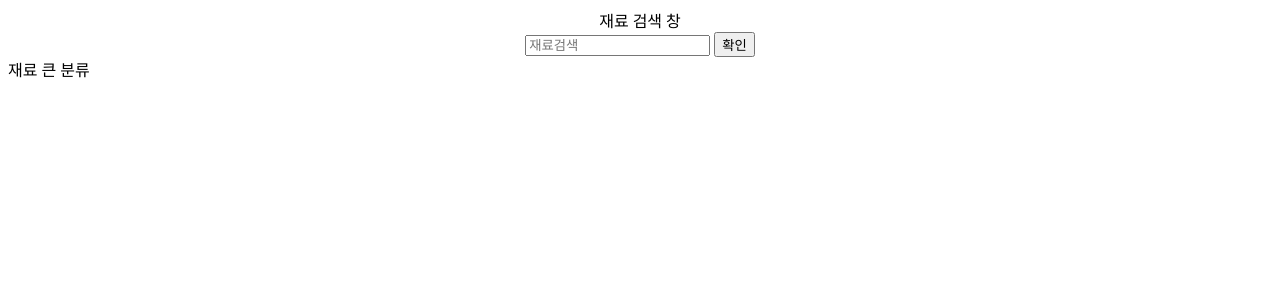
Repository: ahg2656/third_project
Page: http://localhost/third_pro/main.jsp
An editor plug-in stored every save of this project. The page is shown before and after the next save, followed by the edit.
The browser window is 1280 px wide. The pictures show the whole page.
The page is served by Tomcat 9. Other server files are loaded and not shown.

Above is the page before, as saved 2018-11-05 08:10:17.

### third_project/third_pro/src/main/webapp/main.jsp
<%@ page language="java" contentType="text/html; charset=EUC-KR"
    pageEncoding="EUC-KR"%>
<!DOCTYPE html PUBLIC "-//W3C//DTD HTML 4.01 Transitional//EN" "http://www.w3.org/TR/html4/loose.dtd">
<html>
<head>
<meta http-equiv="Content-Type" content="text/html; charset=EUC-KR">
<title>Insert title here</title>
</head>
<body>
<div class="serch_1">
<div class="serch_2" align="center">재료 검색 창</div>
<div class="serch_3" align="center">
<form action="#" name="frm">
<input type="text" name="serch" placeholder="재료검색">
<input type="button" value="확인" id="btn_serch">
</form>
</div>
<div class="serch_4">
재료 큰 분류
</div>
</div>
</body>
</html>

After the next save:
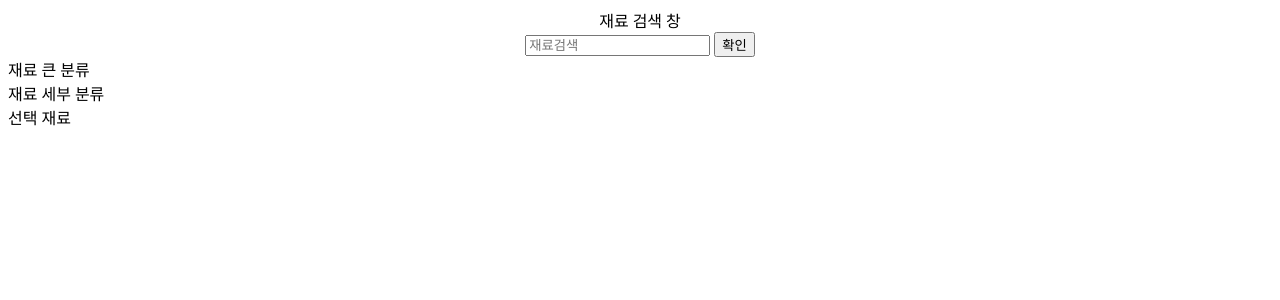
Saved 19 s later.
--- a/third_project/third_pro/src/main/webapp/main.jsp
+++ b/third_project/third_pro/src/main/webapp/main.jsp
@@ -18,6 +18,12 @@
 <div class="serch_4">
 재료 큰 분류
 </div>
+<div class="serch_4">
+재료 세부 분류
+</div>
+<div class="serch_4">
+선택  재료
+</div>
 </div>
 </body>
 </html>
